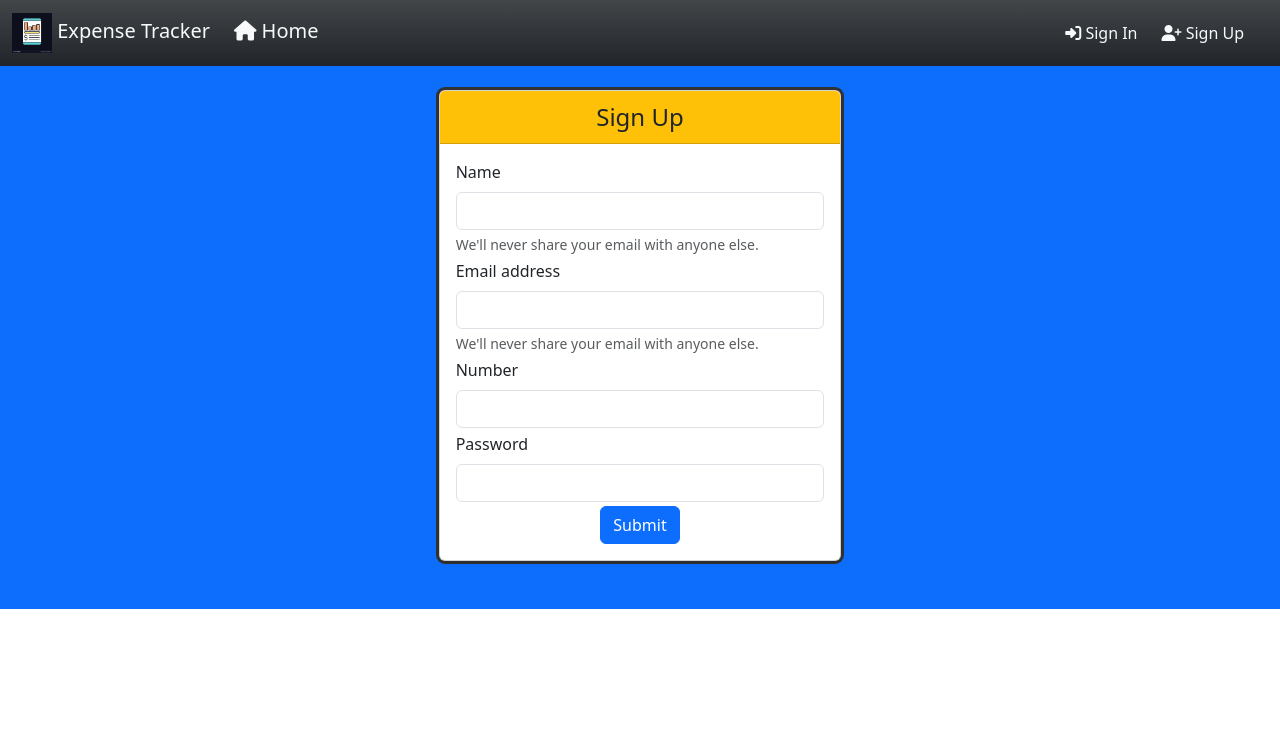
Repository: Gaurav560/OnlineExpenseTracker
Page: http://localhost/Online_Expense_Tracker/register.jsp
The author's editor kept a copy of each file at every save. The page is drawn from the files as they stood at one save, then again after the next save.
The browser window is 1280 px wide. The pictures show the whole page.
The page is served by Tomcat 9. Other server files are loaded and not shown.

Above is the page before, as saved 2023-05-04 15:18:38.

### Online_Expense_Tracker/src/main/webapp/register.jsp
<%@ page language="java" contentType="text/html; charset=ISO-8859-1"
	pageEncoding="ISO-8859-1"%>
<!DOCTYPE html>
<html>
<head>
<meta charset="ISO-8859-1">
<title>Insert title here</title>
<%@include file="component/all_css.jsp"%>
</head>
<style>

</style>
<body>
	<!-- NAVBAR starts here -->
	<%@include file="component/navbar.jsp"%>
	<!-- NAVBAR ends here  -->

	<div class="container-fluid" style="margin-bottom:130px;"  >
		<div class="row bg-primary">
			<div class="col-md-4 offset-md-4 pb-5  ">
				<div class="card mt-4"
					style="box-shadow: rgba(0, 0, 0, 0.16) 0px 1px 4px, rgb(51, 51, 51) 0px 0px 0px 3px;">
					<div class="card-header bg-warning fs-4 text-center">Sign Up</div>

					<div class="card-body">


						<form>


							<div class="mb-1">
								<label for="exampleInputName1" class="form-label">Name </label>
								<input type="text" class="form-control" id="exampleInputName1"
									aria-describedby="nameHelp">
								<div id="emailHelp" class="form-text">We'll never share
									your email with anyone else.</div>
							</div>
							<div class="mb-1">
								<label for="exampleInputEmail1" class="form-label">Email
									address</label> <input type="email" class="form-control"
									id="exampleInputEmail1" aria-describedby="emailHelp">
								<div id="emailHelp" class="form-text">We'll never share
									your email with anyone else.</div>
							</div>

							<div class="mb-1">
								<label for="exampleInputnumber1" class="form-label">Number
								</label> <input type="number" class="form-control"
									id="exampleInputNumber1" aria-describedby="numberHelp">
								<div id="numberHelp" class="form-text"></div>
							</div>
							<div class="mb-1">
								<label for="exampleInputPassword1" class="form-label">Password</label>
								<input type="password" class="form-control"
									id="exampleInputPassword1">
							</div>
							<div class="text-center">

								<button type="submit" class="btn btn-primary">Submit</button>
							</div>

						</form>


					</div>
				</div>






			</div>







		</div>

	</div>



</body>
</html>

### Online_Expense_Tracker/src/main/webapp/component/all_css.jsp
<!--css cdn   -->
<link
	href="https://cdn.jsdelivr.net/npm/bootstrap@5.3.0-alpha3/dist/css/bootstrap.min.css"
	rel="stylesheet"
	integrity="sha384-KK94CHFLLe+nY2dmCWGMq91rCGa5gtU4mk92HdvYe+M/SXH301p5ILy+dN9+nJOZ"
	crossorigin="anonymous">



<!-- font awesome cdn  -->

<link rel="stylesheet"
	href="https://cdnjs.cloudflare.com/ajax/libs/font-awesome/6.4.0/css/all.min.css"
	integrity="sha512-iecdLmaskl7CVkqkXNQ/ZH/XLlvWZOJyj7Yy7tcenmpD1ypASozpmT/E0iPtmFIB46ZmdtAc9eNBvH0H/ZpiBw=="
	crossorigin="anonymous" referrerpolicy="no-referrer" />



<!--  js cdn -->
	<script
		src="https://cdn.jsdelivr.net/npm/bootstrap@5.3.0-alpha3/dist/js/bootstrap.bundle.min.js"
		integrity="sha384-ENjdO4Dr2bkBIFxQpeoTz1HIcje39Wm4jDKdf19U8gI4ddQ3GYNS7NTKfAdVQSZe"
		crossorigin="anonymous"></script>

### Online_Expense_Tracker/src/main/webapp/component/navbar.jsp
<!--Navbar starts here  -->


	<nav class="navbar navbar-expand-lg bg-dark  bg-gradient">
		<div class="container-fluid">
			<a class="navbar-brand text-light" href="#"><img
				src="img/expenseTracker.jpg" style="height: 40px; width: 40px;">
				Expense Tracker</a>
			<button class="navbar-toggler" type="button"
				data-bs-toggle="collapse" data-bs-target="#navbarSupportedContent"
				aria-controls="navbarSupportedContent" aria-expanded="false"
				aria-label="Toggle navigation">
				<span class="navbar-toggler-icon"></span>
			</button>
			<div class="collapse navbar-collapse" id="navbarSupportedContent">

				<ul class="navbar-nav me-auto mb-2 mb-lg-0">
					<li class="nav-item"><a class="nav-link active text-light fs-5 mb-1"
						aria-current="page" href="index.jsp"><i class="fa-solid fa-house"></i>
							Home</a></li>

				</ul>


				<ul class="navbar-nav ms-auto mb-2 mb-lg-0 me-3">

					<li class="nav-item me-2"><a class="nav-link active text-light"
						href="login.jsp"><i class="fa-solid fa-right-to-bracket"></i> Sign In</a></li>


					<li class="nav-item "><a class="nav-link active text-light "
						href="register.jsp"><i class="fa-solid fa-user-plus"></i> Sign Up</a></li>

				</ul>


			</div>
		</div>
	</nav>
	<!-- Navbar ends here  -->

After the next save:
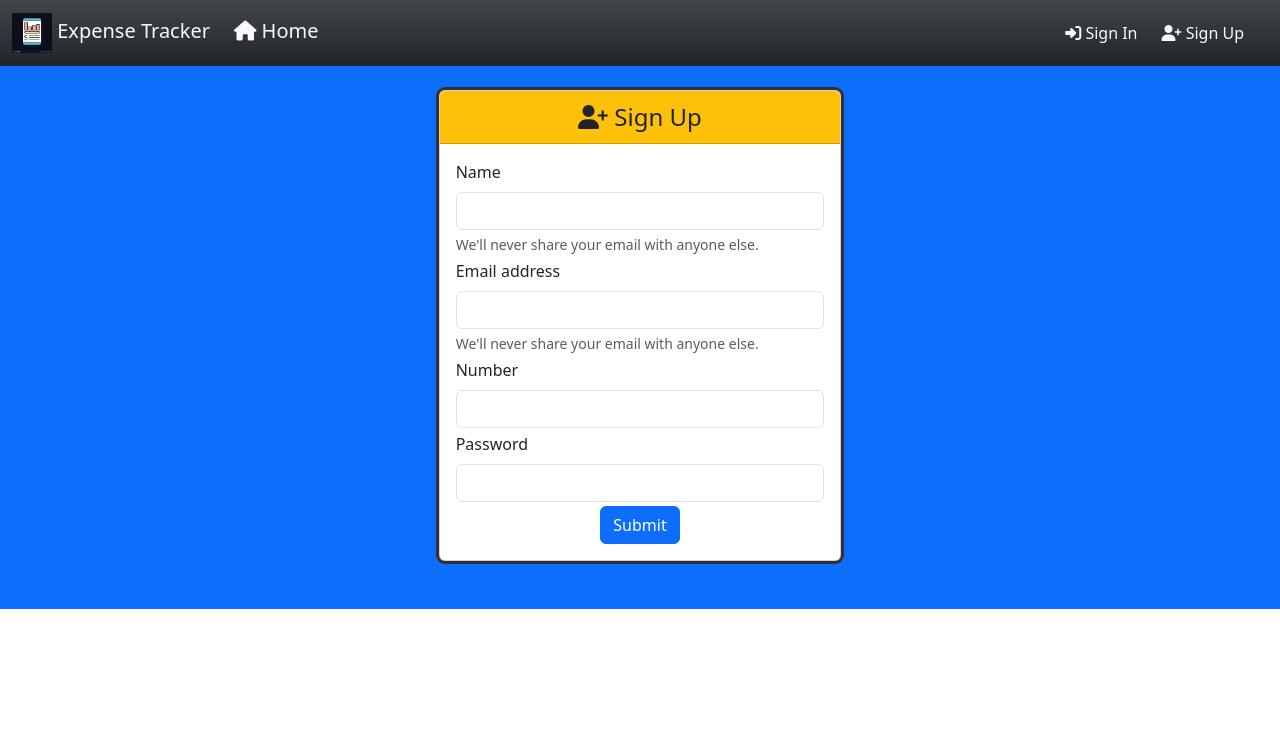
Saved 2 min 4 s later.
--- a/Online_Expense_Tracker/src/main/webapp/register.jsp
+++ b/Online_Expense_Tracker/src/main/webapp/register.jsp
@@ -20,7 +20,7 @@
 			<div class="col-md-4 offset-md-4 pb-5  ">
 				<div class="card mt-4"
 					style="box-shadow: rgba(0, 0, 0, 0.16) 0px 1px 4px, rgb(51, 51, 51) 0px 0px 0px 3px;">
-					<div class="card-header bg-warning fs-4 text-center">Sign Up</div>
+					<div class="card-header bg-warning fs-4 text-center"><i class="fa-solid fa-user-plus"></i>  Sign Up</div>
 
 					<div class="card-body">
 
